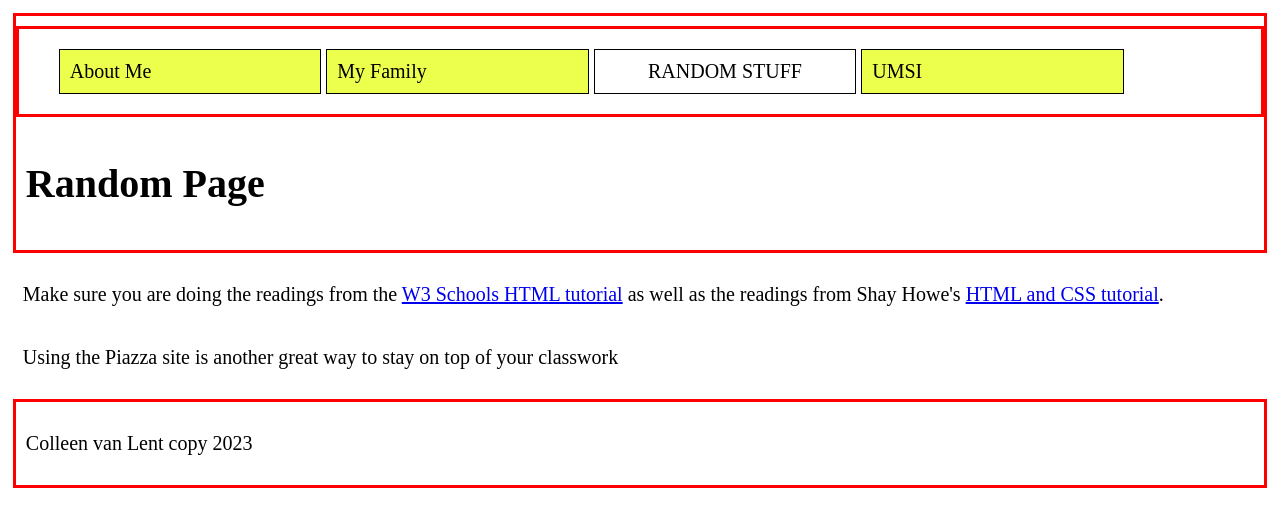
Repository: lulyany/hw1-2023
Page: random.html
An editor plug-in stored every save of this project. The page is shown before and after a run of saves, followed by the edit.
The browser window is 1280 px wide. The pictures show the whole page.

Above is the page before, as saved 2023-09-04 18:52:09.
Not found: css/rest.css

After the next 2 saves:
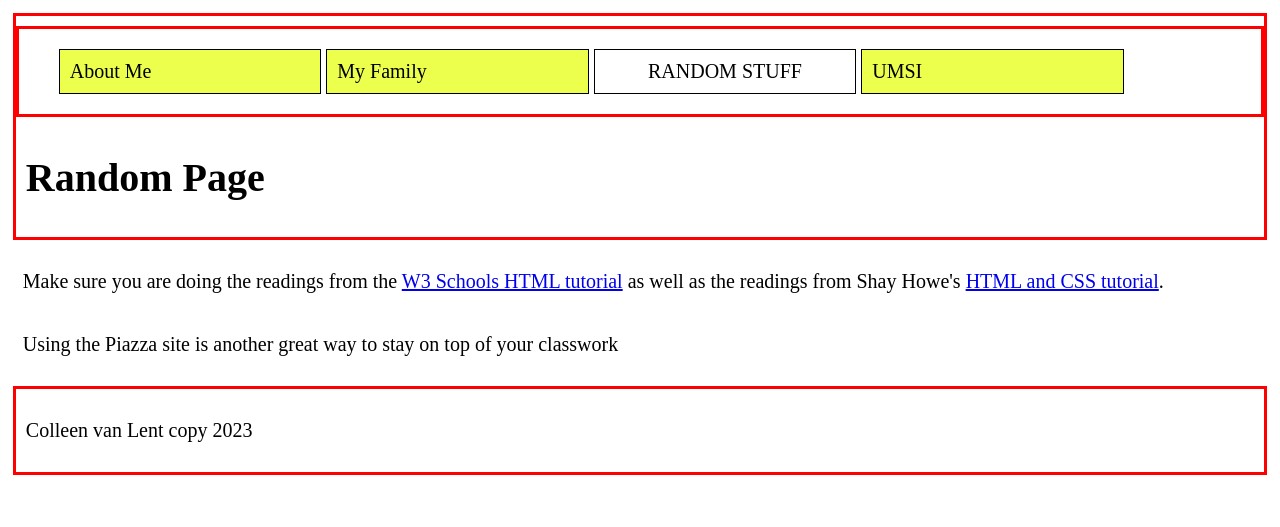
The 2 saves are shown as one change because they came seconds apart.
The last was saved 5 s later.
--- a/random.html
+++ b/random.html
@@ -20,7 +20,7 @@
 				<li>UMSI</li>
 			</ul>
 		</nav>
-		<h2>Random Page</h2>
+	<h1>Random Page</h1>
 	</header>
 
 
